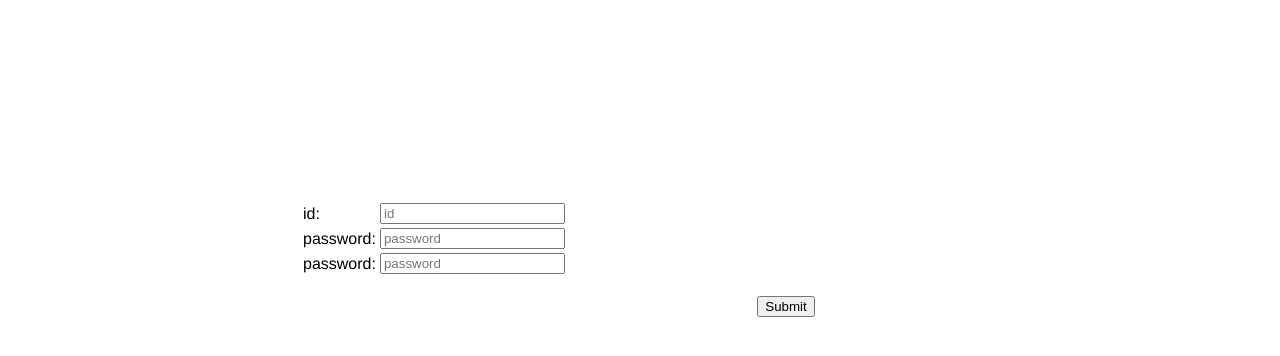
Repository: moshe31sh/Java_ee_final_project_todo_list
Page: http://localhost/Toto_list_final_project/addtask.jsp
The author's editor kept a copy of each file at every save. The page is drawn from the files as they stood at one save, then again after the next save.
The browser window is 1280 px wide. The pictures show the whole page.
The page is served by Tomcat 9. Other server files are loaded and not shown.

Above is the page before, as saved 2015-12-10 21:21:57.

### Toto_list_final_project/WebContent/addtask.jsp
<%@ page language="java" contentType="text/html; charset=ISO-8859-1"
    pageEncoding="ISO-8859-1" errorPage="/error.jsp"%>
<!DOCTYPE html PUBLIC "-//W3C//DTD HTML 4.01 Transitional//EN" "http://www.w3.org/TR/html4/loose.dtd">
<html>
<head>
<meta http-equiv="Content-Type" content="text/html/; charset=ISO-8859-1">
<link rel="stylesheet" type="text/css" href="./CSS/add_task_style.css">

<title>Add new task</title>
<%-- <jsp:include page="usermenu.jsp"/>
 --%></head>
<body>
<div class="container">
<form id="addTask" method="post" action="">
    <table>
    <tr><td>id:</td><td><input  type="text" placeholder="id" name="id"  title="Inset Id"/></td></tr>
    <tr><td>password:</td><td><input type="password" size ="20" name="password" placeholder="password" title="Inset Pass"/></td></tr>
    <tr><td>password:</td><td><input type="password" size ="20" name="password" placeholder="password" title="Inset Pass"/></td></tr>

</table>

    <input class="submit" type="submit"/>
</form>
</div>
</body>
</html>

### Toto_list_final_project/WebContent/CSS/add_task_style.css
body {
	background: white;
	font-family: Helvetica, Arial, sans-serif;
		margin-left:300px;
		margin-top: 200px;
}

#addtask{
	display:block;
	width: 50%;
	border: solid 1px blue;
	min-height: 100px;
	margin-left:262px;
	padding: 2%;
	font-size: 14px;
    text-transform: uppercase;

}

.submit{
	display:block;
	margin-left:auto;
	margin-right:auto;
	margin-top:2%;
}

After the next save:
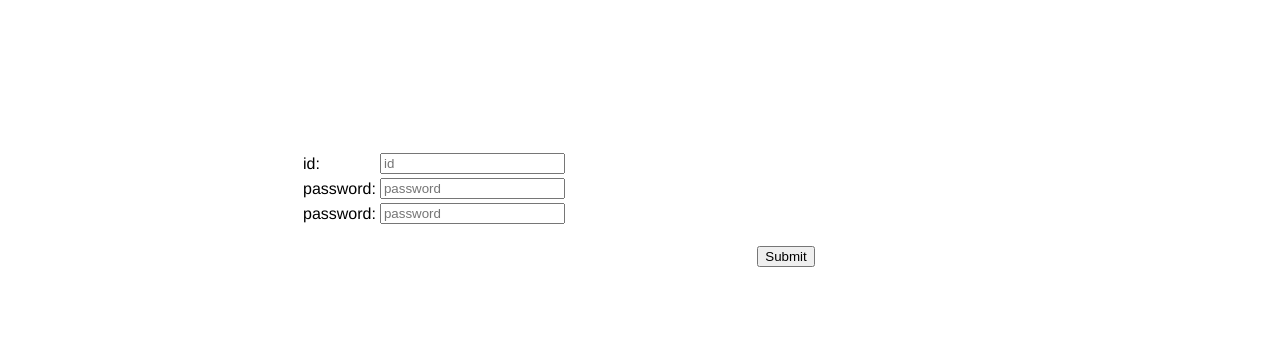
Saved 10 s later.
--- a/Toto_list_final_project/WebContent/CSS/add_task_style.css
+++ b/Toto_list_final_project/WebContent/CSS/add_task_style.css
@@ -2,7 +2,7 @@ body {
 	background: white;
 	font-family: Helvetica, Arial, sans-serif;
 		margin-left:300px;
-		margin-top: 200px;
+		margin-top: 150px;
 }
 
 #addtask{
